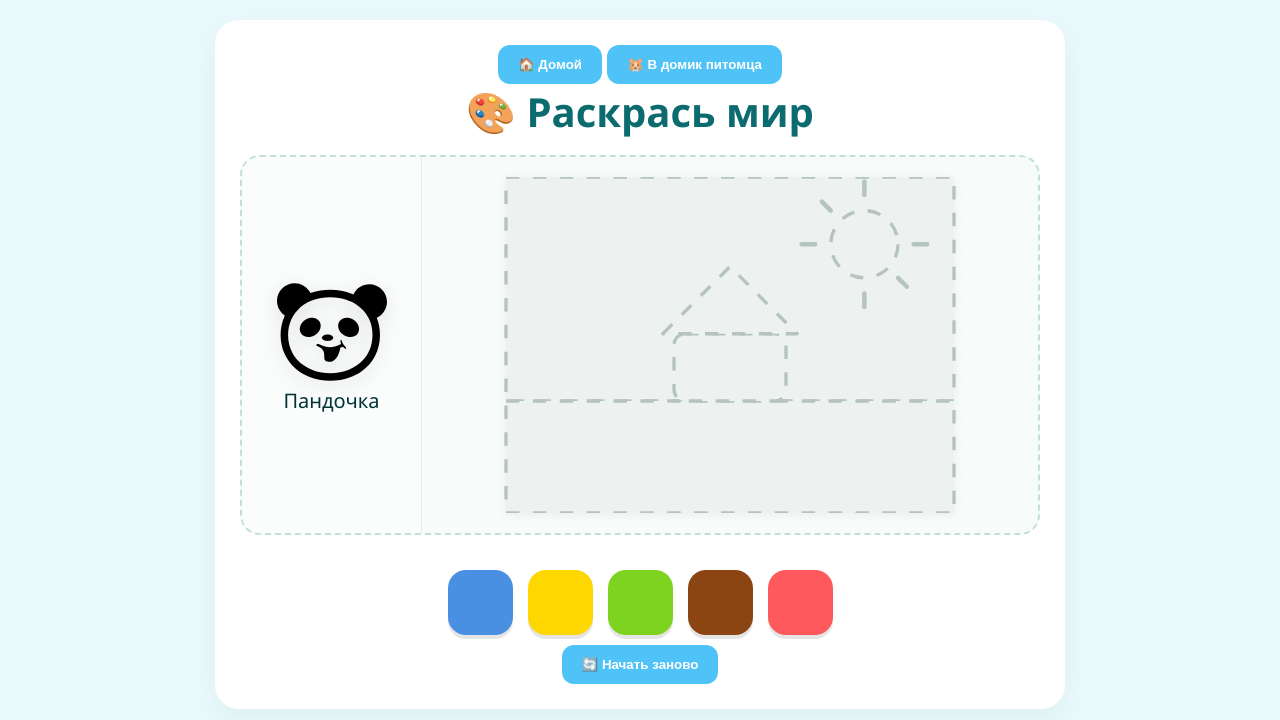
Repository: HOADF/kids-career-world
Page: games/artist/artist-game.html
These files come from the project's save history. The page is drawn as it stood at one moment and after the next save; the edit follows.
The browser window is 1280 px wide. The pictures show the whole page.

Above is the page before, as saved 2026-03-10 13:06:05.

### games/artist/artist-game.html
<!DOCTYPE html>
<html lang="ru">
<head>
    <meta charset="UTF-8">
    <meta name="viewport" content="width=device-width, initial-scale=1.0">
    <title>Уровень 1 — Пандочка-художник</title>
    <link rel="stylesheet" href="../../style.css">
    <link rel="stylesheet" href="artist-style.css">
</head>
<body>

<div class="main-card">
    <div class="nav-buttons">
        <button class="btn-nav">🏠 Домой</button>
        <button class="btn-nav">🐹 В домик питомца</button>
    </div>

    <h1>🎨 Раскрась мир</h1>

    <div class="game-board">
        <div class="pet-side">
            <div id="speech-bubble" class="bubble hidden"></div>
            <img src="../../pets/panda.svg" alt="Panda" class="pet-img">
            <p class="pet-name">Пандочка</p>
        </div>

        <div class="canvas-area">
            <svg viewBox="0 0 200 150" id="paint-svg">
                <rect id="sky" class="paint-area" data-correct="blue" data-name="Небо" x="0" y="0" width="200" height="100" />

                <rect id="ground" class="paint-area" data-correct="green" data-name="Травка" x="0" y="100" width="200" height="50" />

                <g id="sun-group" class="paint-area" data-correct="yellow" data-name="Солнышко">
                    <circle cx="160" cy="30" r="15" />
                    <line x1="160" y1="8" x2="160" y2="2" stroke-width="2" stroke-linecap="round" />
                    <line x1="160" y1="52" x2="160" y2="58" stroke-width="2" stroke-linecap="round" />
                    <line x1="138" y1="30" x2="132" y2="30" stroke-width="2" stroke-linecap="round" />
                    <line x1="182" y1="30" x2="188" y2="30" stroke-width="2" stroke-linecap="round" />
                    <line x1="145" y1="15" x2="141" y2="11" stroke-width="2" stroke-linecap="round" />
                    <line x1="175" y1="45" x2="179" y2="49" stroke-width="2" stroke-linecap="round" />
                </g>

                <rect id="house" class="paint-area" data-correct="brown" data-name="Стены" x="75" y="70" width="50" height="30" rx="5" ry="5" />

                <path id="roof" class="paint-area" data-correct="red" data-name="Крыша" d="M70 70 L100 40 L130 70 Z" stroke-linejoin="round" />
            </svg>
        </div>
    </div>

    <div class="palette">
        <div class="color-item" id="blue" data-color="blue" data-hex="#4A90E2" style="background-color: #4A90E2;"></div>
        <div class="color-item" id="yellow" data-color="yellow" data-hex="#FFD700" style="background-color: #FFD700;"></div>
        <div class="color-item" id="green" data-color="green" data-hex="#7ED321" style="background-color: #7ED321;"></div>
        <div class="color-item" id="brown" data-color="brown" data-hex="#8B4513" style="background-color: #8B4513;"></div>
        <div class="color-item" id="red" data-color="red" data-hex="#FF595E" style="background-color: #FF595E;"></div>
    </div>

    <div class="bottom-nav">
        <button onclick="location.reload()" class="btn-action">🔄 Начать заново</button>
        <button id="finish-btn" class="btn-action hidden">🏠 На главную</button>
    </div>
</div>

<script src="artist-game.js"></script>
</body>
</html>

### style.css
/* ---------- Базовые стили ---------- */

:root {
  --color-bg: #eaf9fb;
  --color-accent: #ffb44a;
  --color-text: #023436;
  --color-subtle: #0b6b6f;
  --color-white: #ffffff;

  --transition-fast: 0.3s ease;
  --transition-slow: 0.6s ease;
}

* {
  box-sizing: border-box;
  margin: 0;
  padding: 0;
}

html, body {
  width: 100%;
  height: 100%;
  font-family: system-ui, "Segoe UI", Roboto, sans-serif;
  color: var(--color-text);
  background-color: var(--color-bg);
  overflow-x: hidden;
}

.hidden {
  display: none !important;
}

/* ---------- Фон ---------- */

.background-decor {
  position: fixed;
  top: 0;
  left: 0;
  width: 100%;
  height: 100%;
  background: linear-gradient(180deg, #eaf9fb 0%, #f8ffff 100%);
  z-index: -1;
}

/* ---------- Структура ---------- */

.page-root {
  display: flex;
  flex-direction: column;
  align-items: center;
  justify-content: center;
  padding: 2rem;
  min-height: 100vh;
}

.welcome-card,
.questions-card,
.result-card {
  background: var(--color-white);
  border-radius: 24px;
  box-shadow: 0 6px 20px rgba(0, 0, 0, 0.08);
  max-width: 900px;
  width: 100%;
  padding: 2rem 3rem;
  display: flex;
  flex-direction: column;
  justify-content: center;
  animation: fadeIn var(--transition-slow);
}

.welcome-inner {
  display: flex;
  align-items: center;
  gap: 2rem;
  flex-wrap: wrap;
  justify-content: center;
}

/* ---------- Пингвинёнок ---------- */

.pet-visual {
  flex: 0 0 180px;
  animation: breathe 4s ease-in-out infinite;
}

@keyframes breathe {
  0%, 100% { transform: translateY(0); }
  50% { transform: translateY(-4px); }
}

/* ---------- Текст и кнопки ---------- */

.welcome-text {
  flex: 1 1 400px;
  text-align: left;
}

h1, h2 {
  font-weight: 700;
  color: var(--color-subtle);
  margin-bottom: 1rem;
}

.lead {
  font-size: 1.1rem;
  line-height: 1.6;
  margin-bottom: 1.5rem;
}

.controls {
  display: flex;
  gap: 1rem;
  flex-wrap: wrap;
  margin-bottom: 1rem;
}

.btn-primary,
.btn-ghost {
  font-size: 1rem;
  border-radius: 12px;
  padding: 0.8rem 1.6rem;
  cursor: pointer;
  transition: all var(--transition-fast);
  border: none;
}

.btn-primary {
  background: var(--color-accent);
  color: var(--color-white);
}

.btn-primary:hover {
  background: #ff9f1a;
  transform: translateY(-2px);
}

.btn-ghost {
  background: transparent;
  color: var(--color-subtle);
  border: 2px solid var(--color-subtle);
}

.btn-ghost:hover {
  background: var(--color-subtle);
  color: var(--color-white);
  transform: translateY(-2px);
}

.small {
  padding: 0.5rem 1rem;
  font-size: 0.9rem;
}

.meta-note {
  font-size: 0.9rem;
  color: #555;
  opacity: 0.8;
}

/* ---------- Опрос ---------- */

.questions-inner {
  display: flex;
  flex-direction: column;
  align-items: center;
  gap: 1rem;
}

.progress {
  font-size: 0.95rem;
  color: #666;
}

.question-title {
  font-size: 1.2rem;
  text-align: center;
  margin-bottom: 1rem;
}

.answers {
  display: flex;
  flex-direction: column;
  gap: 0.8rem;
  width: 100%;
  max-width: 600px;
}

.answers button {
  background: var(--color-bg);
  border: 2px solid transparent;
  border-radius: 12px;
  padding: 0.8rem 1.2rem;
  text-align: left;
  transition: all var(--transition-fast);
  font-size: 1rem;
}

.answers button:hover {
  border-color: var(--color-accent);
  background: #fff8f0;
  transform: translateY(-1px);
}

.answers button.selected {
  border-color: var(--color-accent);
  background: #fff1de;
}

.nav-row {
  display: flex;
  justify-content: space-between;
  width: 100%;
  max-width: 600px;
  margin-top: 1rem;
}

/* ---------- Результат ---------- */

.result-inner {
  display: flex;
  flex-direction: column;
  align-items: center;
  text-align: center;
  gap: 1rem;
}

.result-pet {
  margin-top: 1rem;
  font-size: 1.1rem;
}

.result-games {
  font-size: 1rem;
  color: #333;
}

.result-controls {
  display: flex;
  gap: 1rem;
  margin-top: 1rem;
}

/* ---------- Анимации ---------- */

@keyframes fadeIn {
  from { opacity: 0; transform: translateY(20px); }
  to { opacity: 1; transform: translateY(0); }
}

/* ---------- Адаптивность ---------- */

@media (max-width: 700px) {
  .welcome-card {
    padding: 1.5rem;
  }
  .welcome-inner {
    flex-direction: column;
    text-align: center;
  }
  .controls {
    justify-content: center;
  }
}
/* ========================== */
/* 📱 АДАПТИВНОСТЬ ПОД УСТРОЙСТВА */
/* ========================== */

/* --- Маленькие телефоны (до 480px) --- */
@media (max-width: 480px) {
  body {
    font-size: 14px;
    padding: 0.5rem;
  }

  .welcome-card,
  .questions-card,
  .result-card {
    padding: 1rem;
    border-radius: 1rem;
  }

  .welcome-card h1 {
    font-size: 1.4rem;
    line-height: 1.4;
  }

  .welcome-text p {
    font-size: 0.95rem;
  }

  .controls {
    flex-direction: column;
    gap: 0.75rem;
  }

  button {
    width: 100%;
    font-size: 1rem;
    padding: 0.8rem;
  }

  .pet-visual {
    width: 120px;
    height: 120px;
  }
}

/* --- Средние экраны: планшеты (481px–768px) --- */
@media (min-width: 481px) and (max-width: 768px) {
  body {
    font-size: 16px;
    padding: 1rem;
  }

  .welcome-card,
  .questions-card,
  .result-card {
    padding: 1.5rem;
  }

  .welcome-card h1 {
    font-size: 1.8rem;
  }

  .welcome-text p {
    font-size: 1rem;
  }

  button {
    font-size: 1rem;
    padding: 0.9rem 1.2rem;
  }

  .pet-visual {
    width: 150px;
    height: 150px;
  }
}

/* --- Ноутбуки и большие экраны (769px–1200px) --- */
@media (min-width: 769px) and (max-width: 1200px) {
  body {
    font-size: 18px;
    padding: 1.5rem;
  }

  .welcome-card,
  .questions-card,
  .result-card {
    padding: 2rem;
  }

  .welcome-card h1 {
    font-size: 2rem;
  }

  .pet-visual {
    width: 180px;
    height: 180px;
  }
}

/* --- Очень большие экраны (1200px+) --- */
@media (min-width: 1201px) {
  body {
    font-size: 20px;
    max-width: 960px;
    margin: 0 auto;
  }

  .welcome-card,
  .questions-card,
  .result-card {
    border-radius: 2rem;
  }

  .pet-visual {
    width: 200px;
    height: 200px;
  }
}

### games/artist/artist-style.css
.main-card {
    max-width: 850px;
    margin: 20px auto;
    padding: 25px;
    background: #ffffff;
    border-radius: 24px;
    box-shadow: 0 10px 30px rgba(0,0,0,0.05);
    display: flex;
    flex-direction: column;
    align-items: center;
    font-family: 'Segoe UI', Tahoma, Geneva, Verdana, sans-serif;
}

.game-board {
    display: flex;
    width: 100%;
    height: 380px;
    background: #f7fbf9;
    border: 2px dashed #c2e2d0;
    border-radius: 20px;
    margin-bottom: 25px;
    position: relative;
    overflow: hidden;
}

.pet-side {
    width: 180px;
    display: flex;
    flex-direction: column;
    justify-content: center;
    align-items: center;
    background: rgba(255,255,255,0.5);
    border-right: 1px solid #e0eee6;
    position: relative;
}

.pet-img {
    width: 110px;
    height: auto;
    filter: drop-shadow(0 5px 10px rgba(0,0,0,0.1));
}

.bubble {
    position: absolute;
    top: 30px;
    left: 50%;
    transform: translateX(-50%);
    background: white;
    border: 2px solid #4A90E2;
    padding: 10px 15px;
    border-radius: 18px;
    font-size: 14px;
    font-weight: 700;
    color: #333;
    box-shadow: 0 4px 12px rgba(0,0,0,0.1);
    z-index: 20;
    white-space: nowrap;
}

.canvas-area {
    flex-grow: 1;
    display: flex;
    justify-content: center;
    align-items: center;
    padding: 20px;
}

#paint-svg {
    width: 100%;
    height: 100%;
    filter: drop-shadow(0 2px 5px rgba(0,0,0,0.05));
}

.paint-area {
    fill: #edf2f0;
    stroke: #b5c4bd;
    stroke-width: 1.5;
    stroke-dasharray: 6;
    cursor: pointer;
    transition: all 0.4s ease;
}

/* Лучи солнца тоже должны подсвечиваться */
#sun-group line {
    stroke: #b5c4bd;
}

.palette {
    display: flex;
    gap: 15px;
    padding: 10px;
}

.color-item {
    width: 65px;
    height: 65px;
    border-radius: 18px;
    cursor: pointer;
    transition: transform 0.2s, box-shadow 0.2s;
    box-shadow: 0 4px 0 rgba(0,0,0,0.1);
}

.color-item:hover { transform: scale(1.05); }
.color-item.selected { border: 4px solid #333; transform: translateY(-5px); }
.color-item.used { opacity: 0.2; pointer-events: none; }

.hidden { display: none; }

.btn-nav, .btn-action {
    background: #4fc3f7;
    color: white;
    border: none;
    padding: 12px 20px;
    border-radius: 12px;
    font-weight: bold;
    cursor: pointer;
    transition: background 0.3s;
}

### games/artist/artist-game.js
document.addEventListener('DOMContentLoaded', () => {
    let selectedColor = null;
    let selectedHex = null;
    let selectedId = null;

    const bubble = document.getElementById('speech-bubble');
    const colorItems = document.querySelectorAll('.color-item');
    const areas = document.querySelectorAll('.paint-area');
    const finishBtn = document.getElementById('finish-btn');

    function pandaSay(text) {
        bubble.innerText = text;
        bubble.classList.remove('hidden');
        setTimeout(() => bubble.classList.add('hidden'), 3000);
    }

    colorItems.forEach(item => {
        item.addEventListener('click', () => {
            colorItems.forEach(i => i.classList.remove('selected'));
            selectedColor = item.getAttribute('data-color');
            selectedHex = item.getAttribute('data-hex');
            selectedId = item.id;
            item.classList.add('selected');
        });
    });

    areas.forEach(area => {
        area.addEventListener('click', () => {
            if (!selectedColor) {
                pandaSay("Выбери краску внизу! 🎨");
                return;
            }

            const correct = area.getAttribute('data-correct');
            const areaName = area.getAttribute('data-name');

            if (selectedColor === correct) {
                // ПРАВИЛЬНО
                area.style.fill = selectedHex;
                area.style.strokeDasharray = "0";
                area.style.stroke = "none";

                document.getElementById(selectedId).classList.add('used');
                selectedColor = null;

                pandaSay("Красота! Идём дальше?");
                checkWin();
            } else {
                // ОШИБКА
                pandaSay(`${areaName} не бывает такого цвета...`);
                // Эффект тряски для объекта
                area.style.fill = "#ffcccc";
                setTimeout(() => area.style.fill = "#e8edea", 400);
            }
        });
    });

    function checkWin() {
        const remaining = document.querySelectorAll('.color-item:not(.used)');
        if (remaining.length === 0) {
            finishBtn.classList.remove('hidden');
            pandaSay("Ура! Мы нарисовали шедевр! 🐼✨");
        }
    }
});

After the next save:
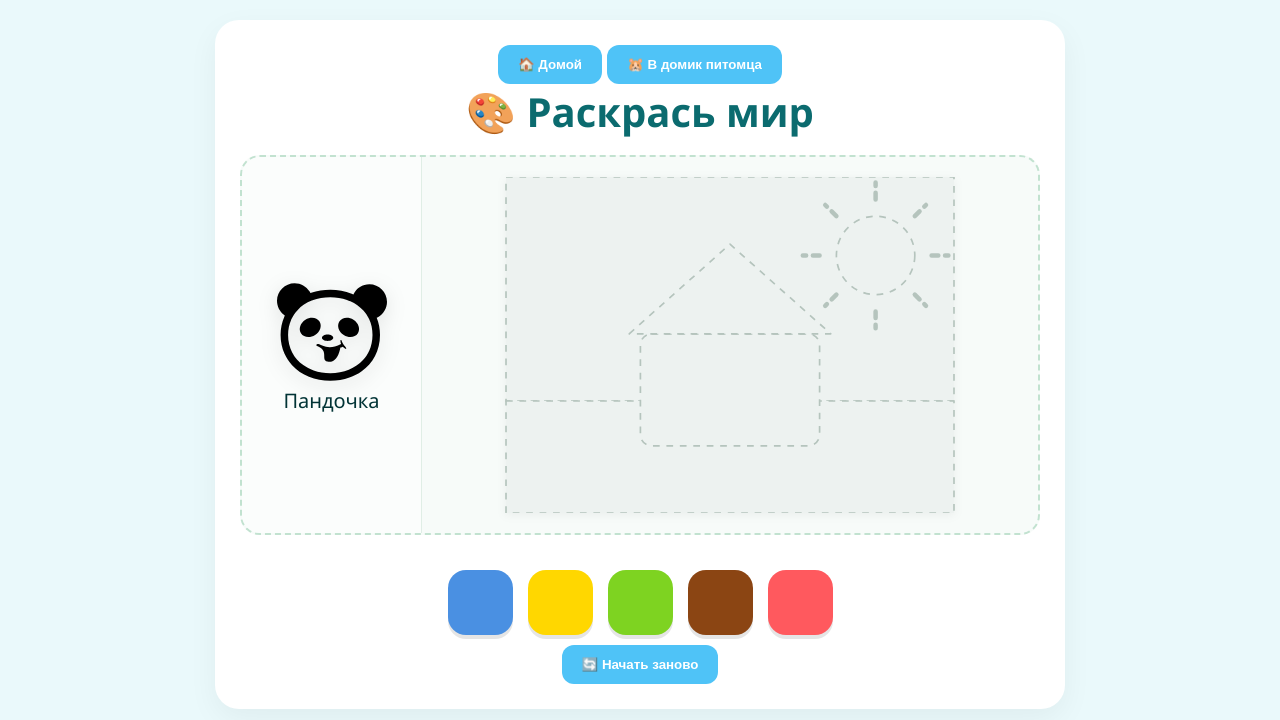
Saved 112 s later.
--- a/games/artist/artist-game.html
+++ b/games/artist/artist-game.html
@@ -25,24 +25,27 @@
         </div>
 
         <div class="canvas-area">
-            <svg viewBox="0 0 200 150" id="paint-svg">
-                <rect id="sky" class="paint-area" data-correct="blue" data-name="Небо" x="0" y="0" width="200" height="100" />
+            <svg viewBox="0 0 400 300" id="paint-svg">
+                <rect id="sky" class="paint-area" data-correct="blue" data-name="Небо" x="0" y="0" width="400" height="200" />
 
-                <rect id="ground" class="paint-area" data-correct="green" data-name="Травка" x="0" y="100" width="200" height="50" />
+                <rect id="ground" class="paint-area" data-correct="green" data-name="Травка" x="0" y="200" width="400" height="100" />
 
                 <g id="sun-group" class="paint-area" data-correct="yellow" data-name="Солнышко">
-                    <circle cx="160" cy="30" r="15" />
-                    <line x1="160" y1="8" x2="160" y2="2" stroke-width="2" stroke-linecap="round" />
-                    <line x1="160" y1="52" x2="160" y2="58" stroke-width="2" stroke-linecap="round" />
-                    <line x1="138" y1="30" x2="132" y2="30" stroke-width="2" stroke-linecap="round" />
-                    <line x1="182" y1="30" x2="188" y2="30" stroke-width="2" stroke-linecap="round" />
-                    <line x1="145" y1="15" x2="141" y2="11" stroke-width="2" stroke-linecap="round" />
-                    <line x1="175" y1="45" x2="179" y2="49" stroke-width="2" stroke-linecap="round" />
+                    <circle cx="330" cy="70" r="35" />
+                    <line x1="330" y1="20" x2="330" y2="5" stroke-width="4" stroke-linecap="round" />
+                    <line x1="330" y1="120" x2="330" y2="135" stroke-width="4" stroke-linecap="round" />
+                    <line x1="280" y1="70" x2="265" y2="70" stroke-width="4" stroke-linecap="round" />
+                    <line x1="380" y1="70" x2="395" y2="70" stroke-width="4" stroke-linecap="round" />
+
+                    <line x1="295" y1="35" x2="285" y2="25" stroke-width="4" stroke-linecap="round" />
+                    <line x1="365" y1="105" x2="375" y2="115" stroke-width="4" stroke-linecap="round" />
+                    <line x1="365" y1="35" x2="375" y2="25" stroke-width="4" stroke-linecap="round" />
+                    <line x1="295" y1="105" x2="285" y2="115" stroke-width="4" stroke-linecap="round" />
                 </g>
 
-                <rect id="house" class="paint-area" data-correct="brown" data-name="Стены" x="75" y="70" width="50" height="30" rx="5" ry="5" />
+                <rect id="house" class="paint-area" data-correct="brown" data-name="Стены" x="120" y="140" width="160" height="100" rx="10" ry="10" />
 
-                <path id="roof" class="paint-area" data-correct="red" data-name="Крыша" d="M70 70 L100 40 L130 70 Z" stroke-linejoin="round" />
+                <path id="roof" class="paint-area" data-correct="red" data-name="Крыша" d="M110 140 L200 60 L290 140 Z" stroke-linejoin="round" />
             </svg>
         </div>
     </div>
